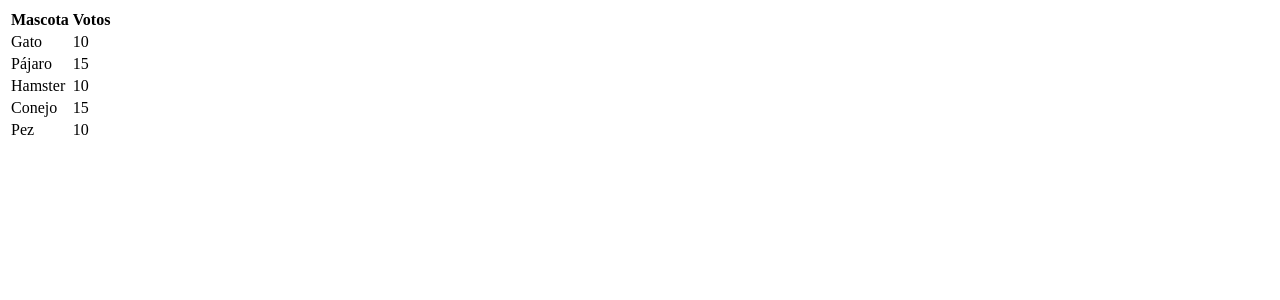
Repository: felipeverdugo/Java-y-Aplicaciones-Avanzadas-sobre-Internet
Page: http://localhost/Practica1Web40/Encuesta
The author's editor kept a copy of each file at every save. The page is drawn from the files as they stood at one save, then again after the next save.
The browser window is 1280 px wide. The pictures show the whole page.
The page is served by Tomcat 10.

Above is the page before, as saved 2024-03-30 23:17:05.

After the next save:
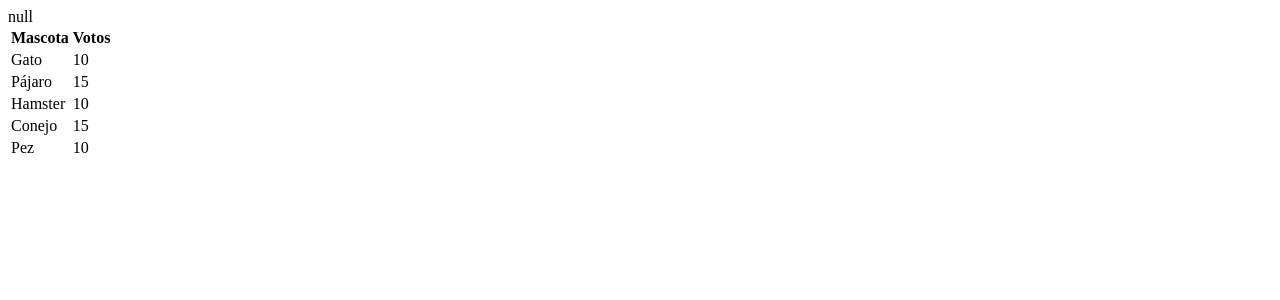
Saved 21 s later.
--- a/work/Practica1Web40/src/main/java/misServlets/Encuesta.java
+++ b/work/Practica1Web40/src/main/java/misServlets/Encuesta.java
@@ -47,7 +47,7 @@ public class Encuesta extends HttpServlet {
 		out.println("</head>");
 		out.println("<body>");
 		out.print("<table>");
-		out.print("<tr><th>Mascota</th><th> Votos</th></tr>");
+		out.print("<tr><th>Mascota</th><th> Votos</th> "+ perro + "</tr>");
 		out.print("<tr><td>Gato</td><td>10</td></tr>");
 		out.print("<tr><td>Pájaro</td><td>15</td></tr>");
 		out.print("<tr><td>Hamster</td><td>10</td></tr>");
